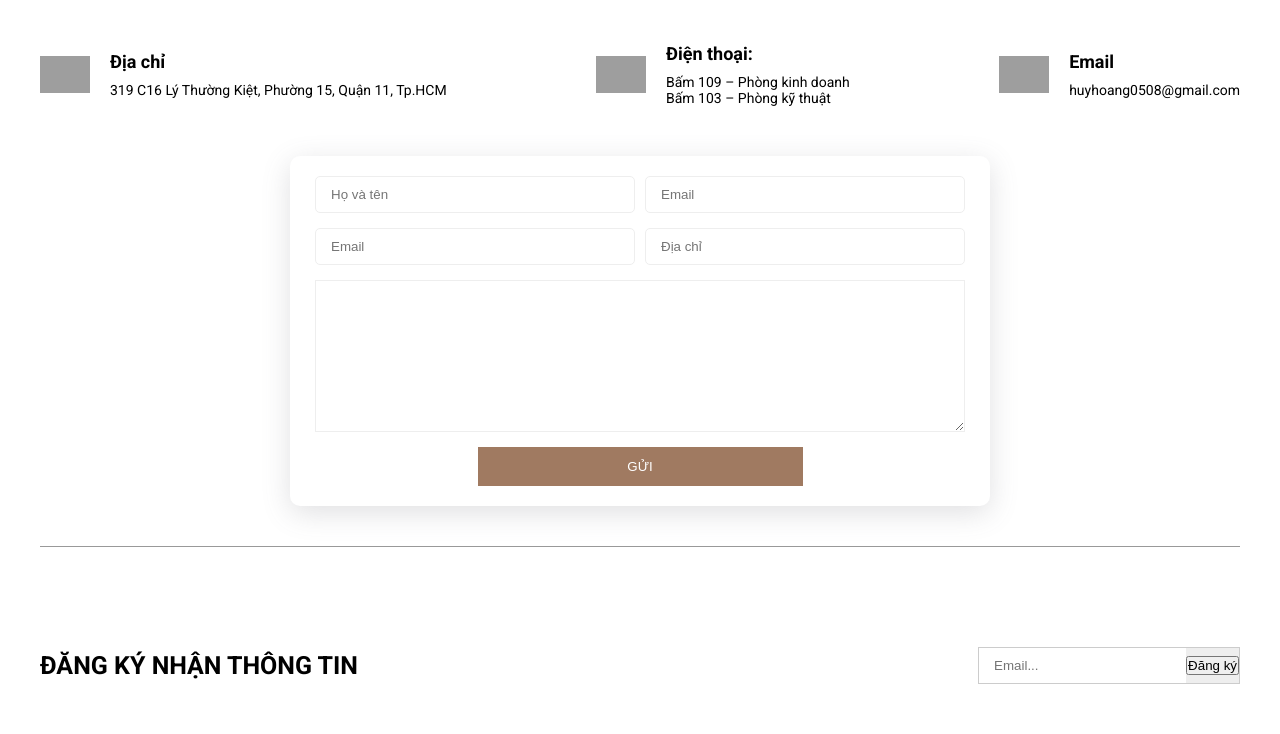
Repository: web345/WEBNANGCAO-clock-
Page: contact.html
The author's editor kept a copy of each file at every save. The page is drawn from the files as they stood at one save, then again after the next save.
The browser window is 1280 px wide. The pictures show the part of the page from y = 678 to 1412 px (the page is 1412 px tall).
Pictures or frames that could not be fetched are drawn as grey boxes. Some web libraries are served in a nearby version.

Above is the page before, as saved 2021-09-10 20:52:27.

After the next save:
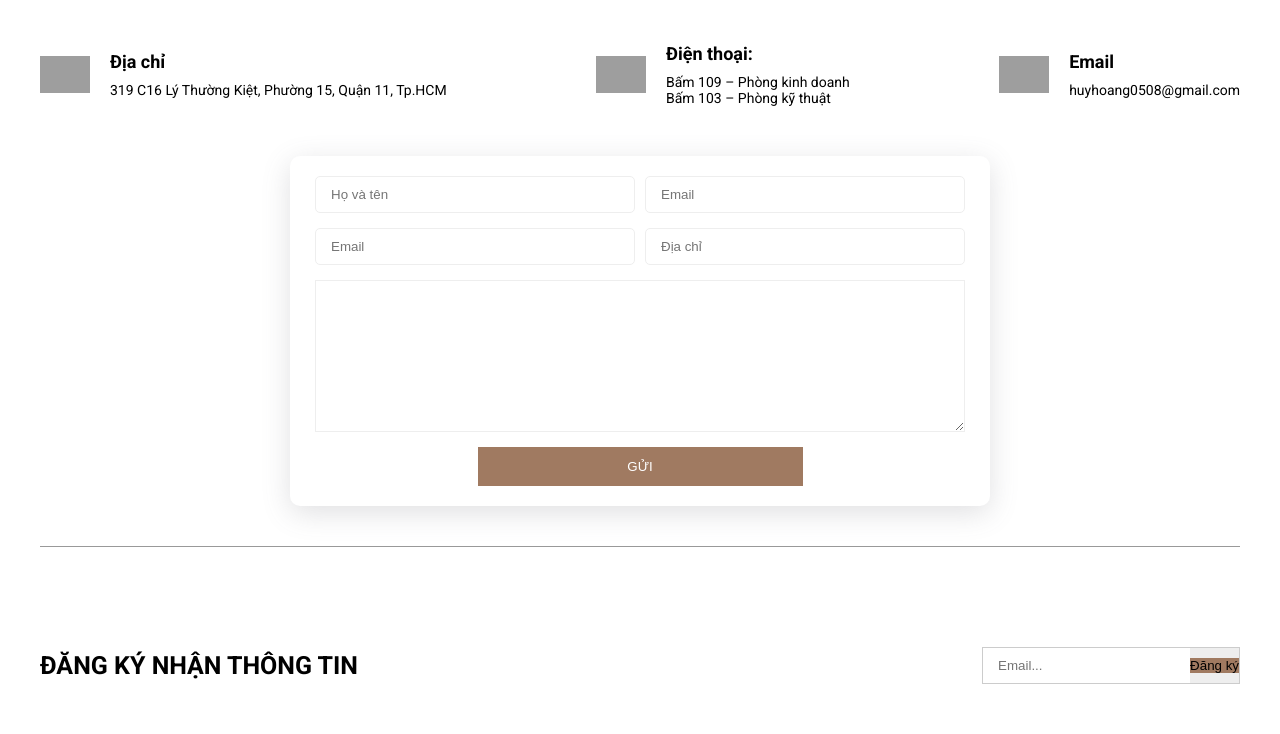
Saved 32 s later.
--- a/CSS/contact.css
+++ b/CSS/contact.css
@@ -110,3 +110,8 @@ h3.sub-info {
   padding: 10px 15px;
   height: 100%;
 }
+
+.email-sub button {
+  border: none;
+  background-color: #a07a61;
+}
